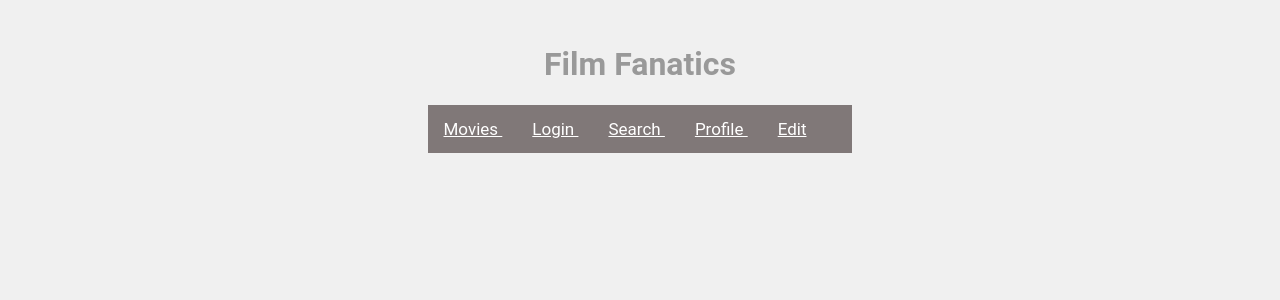
Repository: peterclermy232/To-do-List-
Page: / (app in film_fanatics/)
The author's editor kept a copy of each file at every save. The page is drawn from the files as they stood at one save, then again after a run of saves.
The browser window is 1280 px wide. The pictures show the whole page.
The page's requests for data from a server got no answer. The project was rebuilt for these pictures with package versions that can differ from the ones it lists, and the page was loaded fresh each time. No one was signed in, and anything a server would have sent is missing. Also part of the build but not shown: film_fanatics/src/components/Login.js, film_fanatics/src/components/Movie.js, film_fanatics/src/components/Search.js, film_fanatics/src/components/MoviePage.js, film_fanatics/src/components/Profile.js, film_fanatics/src/components/EditMovie.js, film_fanatics/src/components/Update.js.

Above is the page before, as saved 2022-09-15 22:59:30.

### film_fanatics/src/index.js
import React from 'react';
import ReactDOM from 'react-dom';
import { BrowserRouter as Router } from "react-router-dom";
import './index.css';
import App from "./components/App";

ReactDOM.render(
  <Router>
    <App />
  </Router>,
  document.getElementById('root')
);

### film_fanatics/src/index.css
*,
*::before,
*::after {
  box-sizing: border-box;
}

html {
  background-color: #f0f0f0;
}

body {
  color: #999999;
  font-family: 'Roboto','Helvetica Neue', Helvetica, Arial, sans-serif;
  font-style: normal;
  font-weight: 400;
  letter-spacing: 0;
  padding: 1rem;
  text-rendering: optimizeLegibility;
  -webkit-font-smoothing: antialiased;
  -moz-osx-font-smoothing: grayscale;
  -moz-font-feature-settings: "liga" on;
}

#main-header{
justify-content: center;
text-align: center;
}

.centered {
  text-align: center;
}

#random-planeteer{
   border: 0;
   line-height: 2.5;
   padding: 0 20px;
   font-size: 1rem;
   text-align: center;
   color: #fff;
   text-shadow: 1px 1px 1px #000;
   border-radius: 10px;
   background-color: rgba(220, 0, 0, 1);
   background-image: linear-gradient(to top left,
                                     rgba(0, 0, 0, .2),
                                     rgba(0, 0, 0, .2) 30%,
                                     rgba(0, 0, 0, 0));
   box-shadow: inset 2px 2px 3px rgba(255, 255, 255, .6),
               inset -2px -2px 3px rgba(0, 0, 0, .6);
}

input[type='checkbox']{
  text-align: center;
}

.search {
  width: 50%;
  text-align: center;

  position: relative;
  display: block;
  margin: auto;
  padding: 2rem;
}

.searchTerm {
  text-align: center;
  width: 100%;
  border: 3px solid #990033;
  padding: 5px;
  height: 3rem;
  border-radius: 5px;
  outline: none;
  font-size: 1.5rem;
}

img {
  height: auto;
  max-width: 100%;
  vertical-align: middle;
}

.btn {
  background-color: white;
  color: #696969;
}

.btn--block {
  display: block;
  width: 100%;
}

.cards {
  display: flex;
  flex-wrap: wrap;
  list-style: none;
  margin: 0;
  padding: 0;
}

.cards__item {
  display: flex;
  padding: 1rem;
  width: 25%;
}
.navbar {
  justify-self: center;
  background-color: rgb(128, 120, 120);
  margin: 6px;
  color: #f2f2f2;
  text-align: center;
  padding: 14px 16px;
  text-decoration: none;
  font-size: 17px;

}
.navlink {
  padding-right: 30px;
  color:#fff
}
.card {
  background-color: white;
  border-radius: 0.25rem;
  box-shadow: 0 20px 40px -14px rgba(0,0,0,0.25);
  display: flex;
  flex-direction: column;
  overflow: hidden;
}

.card__content {
  display: flex;
  flex: 1 1 auto;
  flex-direction: column;
  padding: 1rem;
}

.card__image {
  background-position: center center;
  background-repeat: no-repeat;
  background-size: cover;
  border-top-left-radius: 0.25rem;
  border-top-right-radius: 0.25rem;
  filter: contrast(70%);
  overflow: hidden;
  position: relative;
  transition: filter 0.5s cubic-bezier(.43,.41,.22,.91);
}

.card__image:hover{
  filter: contrast(100%);
}


.card__title {
  color: #696969;
  font-size: 1.25rem;
  font-weight: 300;
  letter-spacing: 2px;
  text-transform: uppercase;
}

.card__text, .card__detail p {
  flex: 1 1 auto;
  font-size: 0.875rem;
  line-height: 1.5;
  margin-bottom: 1.25rem;
}

.card__detail {
  display: grid;
  grid-template-columns: repeat(3, 1fr);
}

.card__detail p {
  text-align: center;
}

.card__detail button{
  text-align: center;
}

@media(max-width: 700px){
  .cards__item{
    width: 50%;
  }
}




.testimonialsss{
  margin: 0px;
  padding: 0px;
  font-family:poppins;
  box-sizing: border-box;
  background-image:url("https://cdn.commonwealthclub.org/s3fs-public/styles/hero/public/2019-11/hero%20star%20wars.png?itok=waMDC-JL");
  background-position: center;
}

.testimonials{
  display: flex;
  justify-content: center;
  align-items: center;
  flex-direction: column;
  width: 100%;
}

.testimonial-heading{
  letter-spacing: 1px;
  margin: 30px 0px;
  padding: 10px 20px;
  display: flex;
  flex-direction: column;
  justify-content: center;
  align-items:center;
}

.testimonial-heading h3{
  font-size: 2.2rem;
  font-weight: 500;
  background-color: #202020;
  color: #ffffff;
  padding: 10px 20px;
}
.testimonial-heading span{
  font-size: 1.3rem;
  color: #252525;
  margin-bottom: 10px;
  letter-spacing: 2px;
  text-transform: uppercase;
}
.testimonial-box-container{
  display: flex;
  justify-content: center;
  align-items: center;
  flex-wrap: wrap;
  width:100%;
}
.testimonial-box{
  width:500px;
  box-shadow: 2px 2px 30px rgba(0,0,0,0.1);
  background-color: black;
  padding: 20px;
  margin:15px;
  cursor: pointer;
  border-radius:25px;

}
.profile-img{
  width: 50px;
  height: 50px;
  border-radius: 50px;
  overflow: hidden;
  margin-right: 10px;
}
.profile-img img{
  width: 100%;
  height:100%;
  object-fit: cover;
  object-position: center;
}
.profile{
  display:flex;
  align-items:center;
}

.name-user{
  display:flex;
  flex-direction: column;
}
.name-user strong{
  color: #3d3d3d;
  font-size: 1.1rem;
  letter-spacing: 0.5px;
}

.name-user span{
  color: white;
  font-size: 0.8rem;
}

.reviews{
  color: white;
  font-size: 1.1rem;
}
.box-top{
  display:flex;
  justify-content: space-between;
  align-items: center;
  margin-bottom: 20px;
}
.testimonial-box:hover{
  transform: translateY(-10px);
  transition: all ease 0.3s;
}

### film_fanatics/src/components/App.js
import React from "react";
import { Route, Switch } from "react-router-dom";
import { useState, useEffect } from "react";
import Login from "./Login";
import Search from "./Search";
import NavBar from "./NavBar";
import MovieList from "./MovieList";
import MoviePage from "./MoviePage";
import Profile from "./Profile";
import EditMovie from "./EditMovie";
import Update from "./Update";

function App() {
  const [selectedMovie, selectMovie] = useState([])
  const [selected, setSelect] = useState("")
  const [movies, setMovies] = useState([])
  const [user, setUser] = useState(null)

  useEffect(() => {
    fetch("http://localhost:9292/movies")
      .then(r => r.json())
      .then(data => setMovies(data))
  }, [])

  useEffect(() => {
    selectMovie(movies.filter((movie) => {
      return movie.title === selected
    }))
  }, [selected])

  return (
    <div>
      <h1 id="main-header">Film Fanatics</h1>
      <NavBar id="NavBar" />

      <Switch>
        <Route path="/moviePage">
          <MoviePage movie={selectedMovie[0]} />
        </Route>
        <Route path="/search">
          <Search movies={movies} setSelect={setSelect} />
        </Route>
        <Route path="/login">
          <Login user={user} setUser={setUser} />
        </Route>
        <Route path="/profile">
          <Profile user={user} />
        </Route>
        <Route exact path="/">
          <MovieList setSelect={setSelect} movies={movies} />
        </Route>
        <Route exact path="/users/add" component={Update} />
        <Route exact path="/users/edit/:id" component={EditMovie} />
      </Switch>
    </div>
  );
}

export default App;

### film_fanatics/src/components/NavBar.js
import React from "react";
import { NavLink } from "react-router-dom";


function NavBar() {
  return(
  <div className="navbar">
    <nav>
      <NavLink className = "navlink" exact to="/">Movies  </NavLink>
      <NavLink className = "navlink" to="/login">Login  </NavLink>
      <NavLink className = "navlink" to="/search">Search  </NavLink>
      <NavLink className = "navlink" to="/profile">Profile  </NavLink>
      <NavLink className="navlink"  to="/editmovie">Edit</NavLink>
    </nav>
  </div>)
}

export default NavBar;

### film_fanatics/src/components/MovieList.js
import Movie from './Movie'
import {useEffect, useState} from 'react'

function MovieList({setSelect, movies}) {

    const [displayData, setDisplay] = useState(false)


    useEffect(()=>{
        setDisplay(
            movies.map((movie)=>{
                return <Movie title = {movie.title} setSelect = {setSelect} release_date = {movie.release_date} cast = {movie.cast} director = {movie.director}  producer = {movie.producer} image_URL = {movie.image_URL} key = {movie.id}/>
                                }
                        )
                    )
    }, [movies])



    return (
        <div>
            <ul className="cards">
                {displayData}
            </ul>
        </div>
    )
}

export default MovieList;

Loaded but not shown: film_fanatics/public/index.html (common file)

After the next 2 saves:
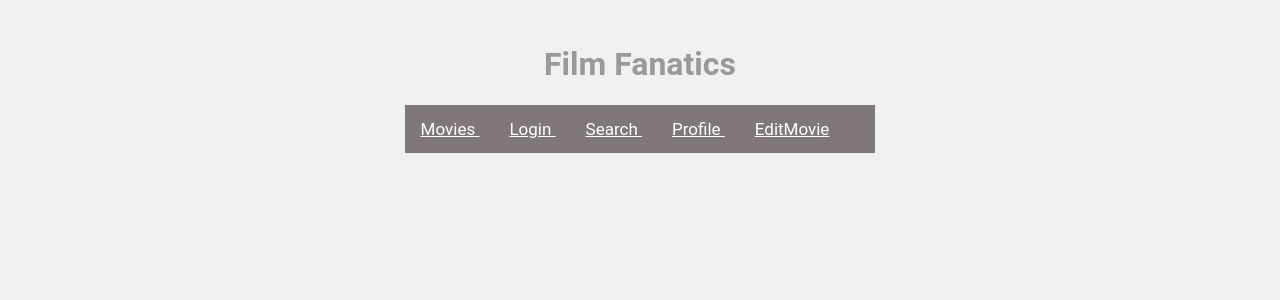
The 2 saves are shown as one change because they came seconds apart.
The last was saved 11 s later.
--- a/film_fanatics/src/components/NavBar.js
+++ b/film_fanatics/src/components/NavBar.js
@@ -10,7 +10,7 @@ function NavBar() {
       <NavLink className = "navlink" to="/login">Login  </NavLink>
       <NavLink className = "navlink" to="/search">Search  </NavLink>
       <NavLink className = "navlink" to="/profile">Profile  </NavLink>
-      <NavLink className="navlink"  to="/editmovie">Edit</NavLink>
+      <NavLink className="navlink"  to="/editmovie">EditMovie</NavLink>
     </nav>
   </div>)
 }
